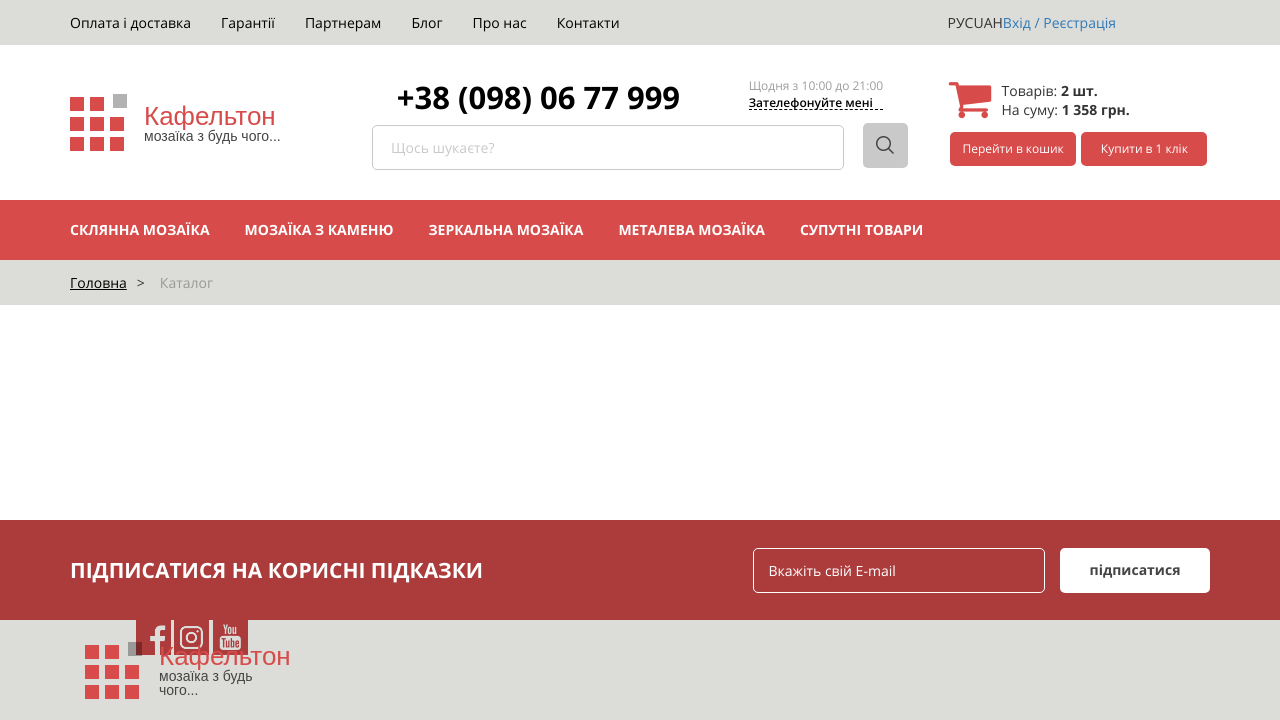
Repository: zellenka/mozaika
Page: app/index.html
These files come from the project's save history. The page is drawn as it stood at one moment and after the next save; the edit follows.
The browser window is 1280 px wide. The pictures show the whole page.
Some web fonts or font styles are not loaded; a fallback is used. The style sheet was rebuilt from its Sass, Less or Tailwind sources for each picture, by a compiler version that may differ from the author's.

Above is the page before, as saved 2018-07-13 16:13:23.
Console error (its wording comes from the project's code and is left out).

### app/index.html
<!DOCTYPE html>
<html lang="en">
<head>
	<meta charset="UTF-8">
	<meta name="viewport" content="width=device-width, initial-scale=1.0">
	<title>Mozaika</title>
	<link rel="stylesheet" href="https://maxcdn.bootstrapcdn.com/bootstrap/3.3.7/css/bootstrap.min.css" integrity="sha384-BVYiiSIFeK1dGmJRAkycuHAHRg32OmUcww7on3RYdg4Va+PmSTsz/K68vbdEjh4u" crossorigin="anonymous">
	<link rel="stylesheet" href="/libs/normalize.css">
	<link rel="stylesheet" href="/css/libs.min.css">
	<link rel="stylesheet" href="/css/main.css">
</head>
<body>
	<header class="header">
		<div class="header__top">
			<div class="container">
				<div class="row">
					<div class="col-md-9">
						<ul class="header__top-nav">
							<li class="header__top-nav-item"><a href="/">Оплата і доставка</a></li>
							<li class="header__top-nav-item"><a href="/">Гарантії</a></li>
							<li class="header__top-nav-item"><a href="/">Партнерам</a></li>
							<li class="header__top-nav-item"><a href="/">Блог</a></li>
							<li class="header__top-nav-item"><a href="/">Про нас</a></li>
							<li class="header__top-nav-item"><a href="/">Контакти</a></li>
						</ul>
					</div>
					<div class="col-md-3">
						<ul class="header__top-enter-menu">
							<li>РУС</li>
							<li>UAH</li>
							<li><a href="/">Вхід / Реєстрація</a></li>
						</ul>
					</div>
				</div>
			</div>
		</div>
		<div class="header__middle">
			<div class="container">
				<div class="row header__middle-row">
					<a href="" class="col-md-3 header__middle-logo">
						<img src="/img/logo.png" alt="" class="header__middle-logo-img">
						<div>
								<p class="header__middle-logo-text">Кафельтон</p>
								<p class="header__middle-logo-slogan">мозаїка з будь чого...</p>
						</div>
					</a>
					<div class="col-md-6 header__middle-search">
						<div class="header__middle-search_block">
								<a href="tel:+380980677999" class="header__middle-search-phone">+38 (098) 06 77 999</a>
								<div class="header__middle-search-block">
									<p class="header__middle-search-time">Щодня з 10:00 до 21:00</p>
									<p class="header__middle-search-modal">Зателефонуйте мені</p>
								</div>
						</div>
						<div class="header__middle-search_block">
							<input type="text" class="header__middle-search_block-input" placeholder="Щось шукаєте?">
							<button type="button" class="header__middle-search_block-button"><img src="/img/icon.png" alt=""></button>
						</div>

					</div>
					<div class="col-md-3 header__middle-basket">
						<div class="header__middle-basket-top">
							<img src="/img/cart.png" alt="">
							<div class="header__middle-basket-info">
									<p>Товарів: <span class="header__middle-basket-info_bold">2</span> <span class="header__middle-basket-info_bold">шт.</span></p>
									<p>На суму: <span class="header__middle-basket-info_bold">1 358</span> <span class="header__middle-basket-info_bold">грн.</span></p>
							</div>
						</div>
						<div class="header__middle-basket-bottom">
							<a class="header__middle-basket-bottom-button header___red-button">Перейти в кошик</a>
							<a class="header__middle-basket-bottom-button header___red-button">Купити в 1 клік</a>
						</div>
					</div>
				</div>
			</div>
		</div>
		<div class="menu-block">
			<div class="container">
				<div class="row">
					<div class="col-md-12">
							<ul class="menu-block">
									<li class="menu-block__item">
										<a href="">СКЛЯНнА МОЗАЇКА</a>
									</li>
									<li class="menu-block__item"><a href="">МОЗАЇКА з каменю</a></li>
									<li class="menu-block__item"><a href="">зеркальна МОЗАЇКА </a></li>
									<li class="menu-block__item"><a href="">металева МОЗАЇКА</a></li>
									<li class="menu-block__item"><a href="">СУПУТНІ ТОВАРИ</a></li>
								</ul>
					</div>
				</div>
			</div>
		</div>
		<div class="breadcrumbs-block">
			<div class="container">
				<div class="row">
					<div class="col-lg-12">
							<ul class="breadcrumbs-block__list">
									<li class="breadcrumbs-block__item breadcrumbs-block__item_not-active"><a href="">Головна</a></li>
									<li class="breadcrumbs-block__item breadcrumbs-block__item_active"><a href="">Каталог</a></li>
								</ul>
					</div>
				</div>
			</div>
		</div>
	</header>
	<div class="main">

	</div>
	<footer class="footer">
		<div class="subscribe-block">
			<div class="container">
				<div class="row subscribe-block-row">
					<div class="col-md-5">
						<p class="subscribe-block__text">ПІДПИСАТИСЯ НА КОРИСНІ ПІДКАЗКИ</p>
					</div>
					<div class="col-md-5 col-md-offset-2">
						<form action="" class="subscribe-block__form">
							<input type="email" placeholder="Вкажіть свій E-mail" class="subscribe-block__input">
							<button type="submit" class="subscribe-block__button">підписатися</button>
						</form>
					</div>
				</div>
			</div>
		</div>
		<div class="footer-block container">
			<div class="row">
				<div class="col-md-3 footer-block__social">
						<a href="" class="col-md-3 header__middle-logo">
								<img src="/img/logo.png" alt="" class="header__middle-logo-img">
								<div>
										<p class="header__middle-logo-text">Кафельтон</p>
										<p class="header__middle-logo-slogan">мозаїка з будь чого...</p>
								</div>
						</a>

								<div>
									<a href=""><img src="/img/facebook.png" alt=""></a>
									<a href=""><img src="/img/instagram.png" alt=""></a>
									<a href=""><img src="/img/youtube.png" alt=""></a>
								</div>
				</div>
				<div class="col-md-3"></div>
				<div class="col-md-3"></div>
				<div class="col-md-3"></div>
			</div>
		</div>
	</footer>





	<script src="https://maxcdn.bootstrapcdn.com/bootstrap/3.3.7/js/bootstrap.min.js" integrity="sha384-Tc5IQib027qvyjSMfHjOMaLkfuWVxZxUPnCJA7l2mCWNIpG9mGCD8wGNIcPD7Txa" crossorigin="anonymous"></script>
	<script src="js/libs.min.js"></script>
	<script src="js/common.js"></script>

</body>
</html>

### app/sass/libs.sass
@import "app/libs/magnific-popup/dist/magnific-popup.css" // Импортируем библиотеку Magnific Popup. Теперь обязательно указывается расширение .css
@import "app/libs/normalize.css"

### app/sass/main.sass
@font-face
  font-family: 'Raleway-ExtraBold'
  src: url('/fonts/11843.woff')

@font-face
  font-family: 'Raleway-Regular'
  src: url('/fonts/11851.woff')

@font-face
  font-family: 'Open-Sans-Bold'
  src: url('/fonts/2204.ttf')

@font-face
  font-family: 'Open-Sans-Semibold'
  src: url('/fonts/2212.ttf')

@font-face
  font-family: 'Open-Sans'
  src: url('/fonts/2211.ttf')

$main: #d74b4b

html
    min-height: 100%
    height: 100%

body
    font-family: Open-Sans
    min-height: 100%
    position: relative

.main
    min-height: 100%

ul
    list-style: none

.header__top
    width: 100%
    background: #dcddd8
    height: 45px

.header__top-nav, .header__top-enter-menu
    display: flex
    width: 100%
    height: 45px
    align-items: center
    padding: 0
    margin: 0
    line-height: 1

.header__top-nav-item
    margin-right: 30px
    a
        color: black

.header__middle
    padding: 30px 0
    background: #fff

.header__middle-row
    display: flex
    align-items: center

.header__middle-logo
    display: flex
    align-items: center
    &:hover
        text-decoration: none

.header__middle-logo-img
    width: 57px
    height: 57px
    margin-right: 17px

.header__middle-logo-text
    font-family: Raleway-ExtraBold, sans-serif
    font-size: 26px
    color: $main
    line-height: 1
    margin: 0

.header__middle-logo-slogan
    line-height: 1
    font-family: Raleway-Regular, sans-serif
    font-size: 14px
    color: #444444
    margin: 0

.header__middle-search_block
    display: flex
    width: 100%
    justify-content: space-around
    align-items: center

.header__middle-search-phone
    font-family: Open-Sans-Bold
    font-size: 31px
    color: #000
    &:hover

.header__middle-search-block
    line-height: 1

.header__middle-search-time
    color: #9d9d9d
    font-size: 12px
    font-family: Open-Sans
    margin: 5px 0

.header__middle-search-modal
    font-family: Open-Sans-Semibold
    color: black
    font-size: 12px
    border-bottom: 1px dashed black
    &:hover
        cursor: pointer

.header__middle-search_block-input
    width: 85%
    border-radius: 5px
    border: 1px solid #c9c9c9
    height: 45px
    padding-left: 18px
    margin-top: 5px
    &::placeholder
        color: #c9c9c9

.header__middle-search_block-button
    width: 45px
    height: 45px
    display: flex
    justify-content: center
    align-items: center
    border-radius: 5px
    background: #c9c9c9
    border: none
    padding: 0
    margin: 0

.header__middle-basket-top
    display: flex
    width: 100%
    align-items: center

.header__middle-basket-info
    line-height: 1
    font-family: Open-Sans
    p
        margin: 0

.header__middle-basket-info_bold
    font-family: Open-Sans-Bold

.header__middle-basket-bottom
    display: flex
    justify-content: space-around

.header__middle-basket-bottom-button
    font-size: 12px
    width: 48%

.header___red-button
    color: #fff
    background: rgb(215, 75, 75)
    border-radius: 5px
    height: 34px
    display: flex
    justify-content: center
    text-align: center
    align-items: center
    line-height: 1
    padding: 0 5px

.header__middle-basket-top
    margin-bottom: 10px

.header__middle-basket-info
    margin-left: 10px
    p
        margin: 5px 0

.menu-block
    background: $main
    width: 100%

.menu-block
    height: 60px
    display: flex
    width: 100%
    align-items: center
    margin: 0
    padding: 0

.menu-block__item
    margin-right: 35px
    a
        color: #fff
        font-family: Open-Sans-Bold
        font-size: 14px
        text-transform: uppercase

.breadcrumbs-block
    width: 100%
    background: #dcddd8

.breadcrumbs-block__list
    display: flex
    width: 100%
    padding: 0
    margin: 0
    height: 45px
    align-items: center
    justify-content: flex-start

.breadcrumbs-block__item_not-active
    margin-right: 15px
    a
        color: #000
        text-decoration: underline
    &::after
        content: "> "
        margin-left: 10px

.breadcrumbs-block__item_active
    a
        color: #999999
        &:hover
            cursor: default
            pointer-events: none
            cursor: default
            text-decoration: none

.footer
    position: absolute
    bottom: 0
    right: 0
    left: 0
    background: #dcddd8

.subscribe-block
    width: 100%
    background: #ac3c3c

.subscribe-block-row
    height: 100px
    display: flex
    align-items: center

.subscribe-block__text
    margin: 0
    text-align: left
    color: #fff
    font-family: Open-Sans-Bold
    font-size: 21px

.subscribe-block__form
    display: flex
    width: 100%
    justify-content: space-between

.subscribe-block__input
    width: 80%
    border: 1px solid #fff
    border-radius: 5px
    background: #ac3c3c
    color: #fff
    height: 45px
    padding-left: 15px
    margin-right: 15px
    &::placeholder
        color: #fff

.subscribe-block__button
    border-radius: 5px
    background: #fff
    color: #444444
    font-family: Open-Sans-Bold
    font-size: 14px
    border: none
    min-width: 150px
    height: 45px

.footer-block__social
    .header__middle-logo
        height: 100px

Loaded but not shown: app/libs/normalize.css (library); app/js/libs.min.js (library); app/js/common.js (common file); app/libs/magnific-popup/dist/magnific-popup.css (library)

After the next save:
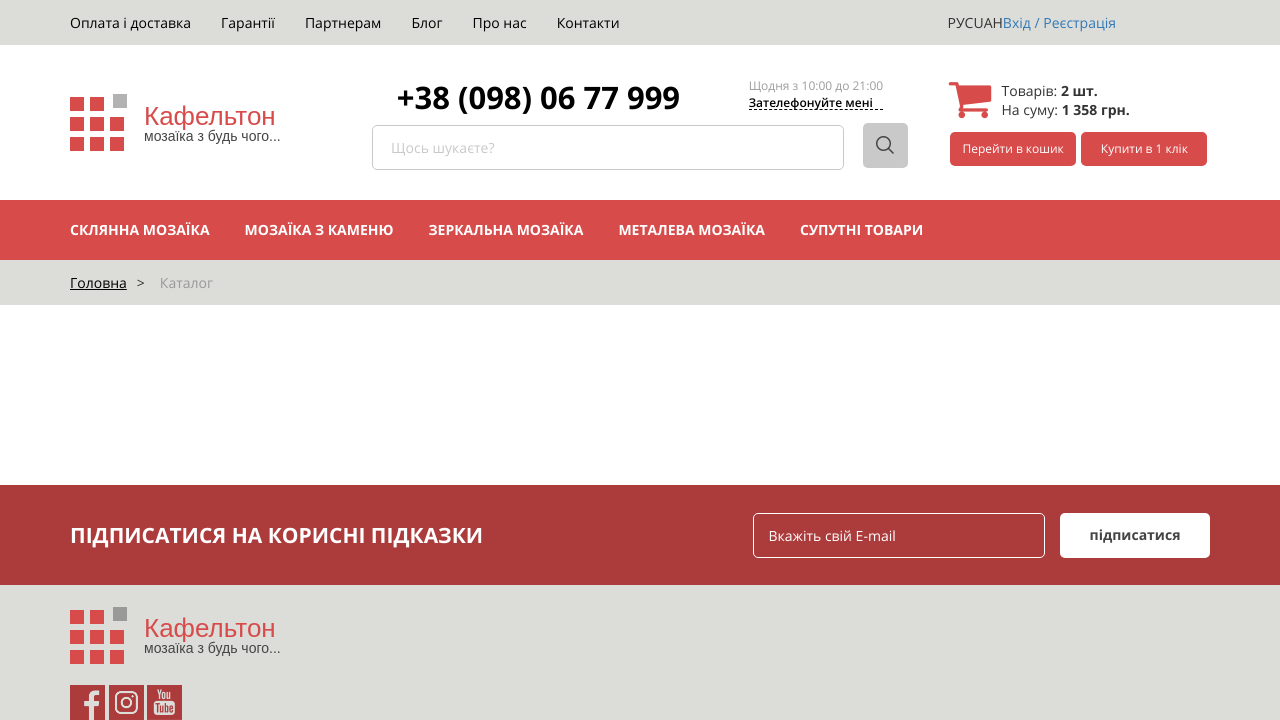
Saved 56 s later.
--- a/app/index.html
+++ b/app/index.html
@@ -126,7 +126,7 @@
 		<div class="footer-block container">
 			<div class="row">
 				<div class="col-md-3 footer-block__social">
-						<a href="" class="col-md-3 header__middle-logo">
+						<a href="" class="header__middle-logo">
 								<img src="/img/logo.png" alt="" class="header__middle-logo-img">
 								<div>
 										<p class="header__middle-logo-text">Кафельтон</p>
